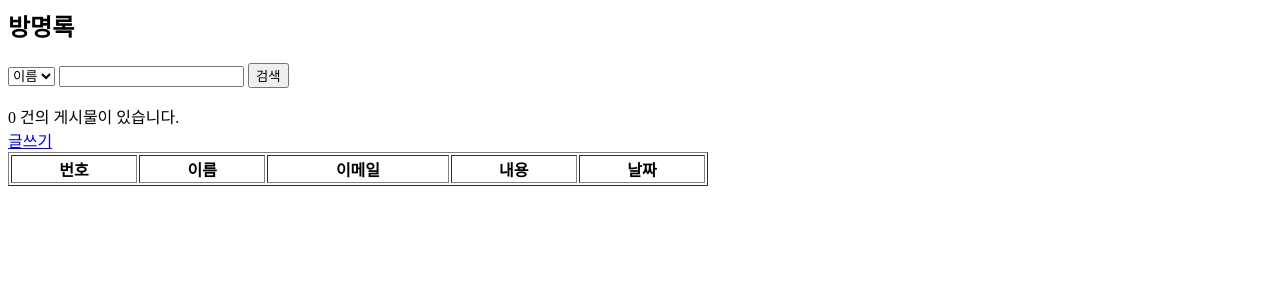
Repository: seunginlee/WaterMelonPlayer
Page: http://localhost/guestbook/list.php
These files come from the project's save history. The page is drawn as it stood at one moment and after the next save; the edit follows.
The browser window is 1280 px wide. The pictures show the whole page.
The page is run by PHP 8.4 with error messages shown; the project is at /var/www/html/. Queries for data that is not in the repository find no rows.

Above is the page before, as saved 2018-09-16 10:53:02.

### worrrrrk/php01/guestbook/list.php
<?php
include("dbconn.php");
$search_option ="name";
$search = "%";
if (isset($_POST["search_option"])){
    $search_option = $_POST["search_option"];
    $search=$_POST["search"];
}
$sql = "select * from guestbook
    where $search_option like '$search'
    order by idx desc
";

$rs = mysql_query($sql);
$count = mysql_num_rows($rs);
?>
<h2>방명록</h2>
<form name="form1" method="post">
<select name="search_option">
	<option value="name">이름</option>
	<option value="content">내용</option>
</select>
	<input type="text" name="search">
	<input type="submit" value="검색">
</form>
<?php echo $count;?> 건의 게시물이 있습니다.</br>
<a href="write.html">글쓰기</a>
<table border="1" width="700px">
	<tr>
	<th>번호</th>
	<th>이름</th>
	<th>이메일</th>
	<th>내용</th>
	<th>날짜</th>
	</tr>
	<?php
	while($row = mysql_fetch_array($rs)){
	    $name = $row["name"];
	    $email = $row["email"];
	    $content = $row ["content"];

	   // $name = strip_tags($name);
	   // $email = strip_tags($email);
	  //  $content = strip_tags($content);
	  $name = str_replace("<", "&lt;",$name);
	  $name = str_replace(">", "&gt;",$name);
	  $email = str_replace("<", "&lt;",$email);
	  $email = str_replace(">", "&gt;",$email);
	  $content = str_replace("<", "&lt;",$content);
	  $content= str_replace(">", "&gt;",$content);
	  $content = nl2br($content);
	  $content = str_replace("  ", "&nbsp;&nbsp;", $content);

	    echo "
            <tr>
                <td>$row[idx]</td>
                <td>$name</td>
                <td>$email</td>
                <td>
                    <a href='view.php?idx=$row[idx]'>$content</a>
                </td>
                <td>$row[post_date]</td>
            </tr>
        ";

	}
	?>
</table>

### worrrrrk/php01/guestbook/dbconn.php
<?php
$host = "localhost";
$user ="web";
$passwd ="1234";
$conn = mysql_connect($host, $user, $passwd);
mysql_select_db("web");
//if( $conn == true ){
//    echo "mariadb에 연결 되었습니다.";
//}else{
//    echo "db 연결 에러";
 //
//}
?>

After the next save:
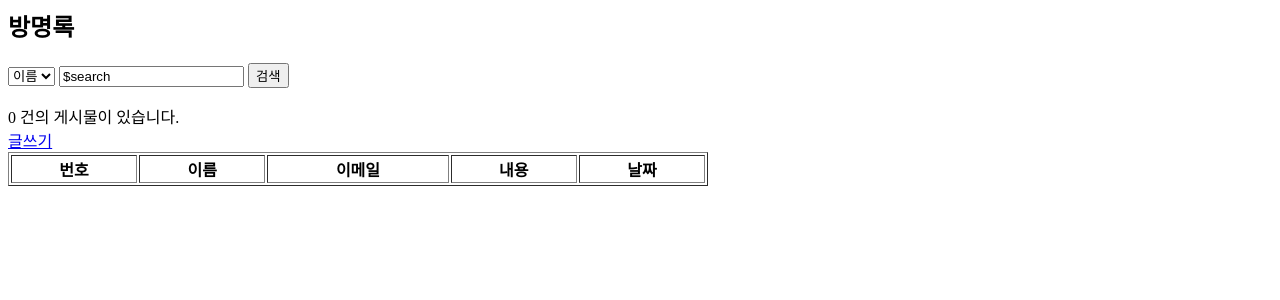
Saved 4 min 31 s later.
--- a/worrrrrk/php01/guestbook/list.php
+++ b/worrrrrk/php01/guestbook/list.php
@@ -17,10 +17,15 @@ $count = mysql_num_rows($rs);
 <h2>방명록</h2>
 <form name="form1" method="post">
 <select name="search_option">
-	<option value="name">이름</option>
+<?php if($search_option == "name"){?>
+	<option value="name" selected>이름</option>
 	<option value="content">내용</option>
+	<?php } else if($search_option=="content") {?>
+	<option value="name" >이름</option>
+	<option value="content"selected>내용</option>
+	<?php }?>
 </select>
-	<input type="text" name="search">
+	<input type="text" name="search" value="$search">
 	<input type="submit" value="검색">
 </form>
 <?php echo $count;?> 건의 게시물이 있습니다.</br>
